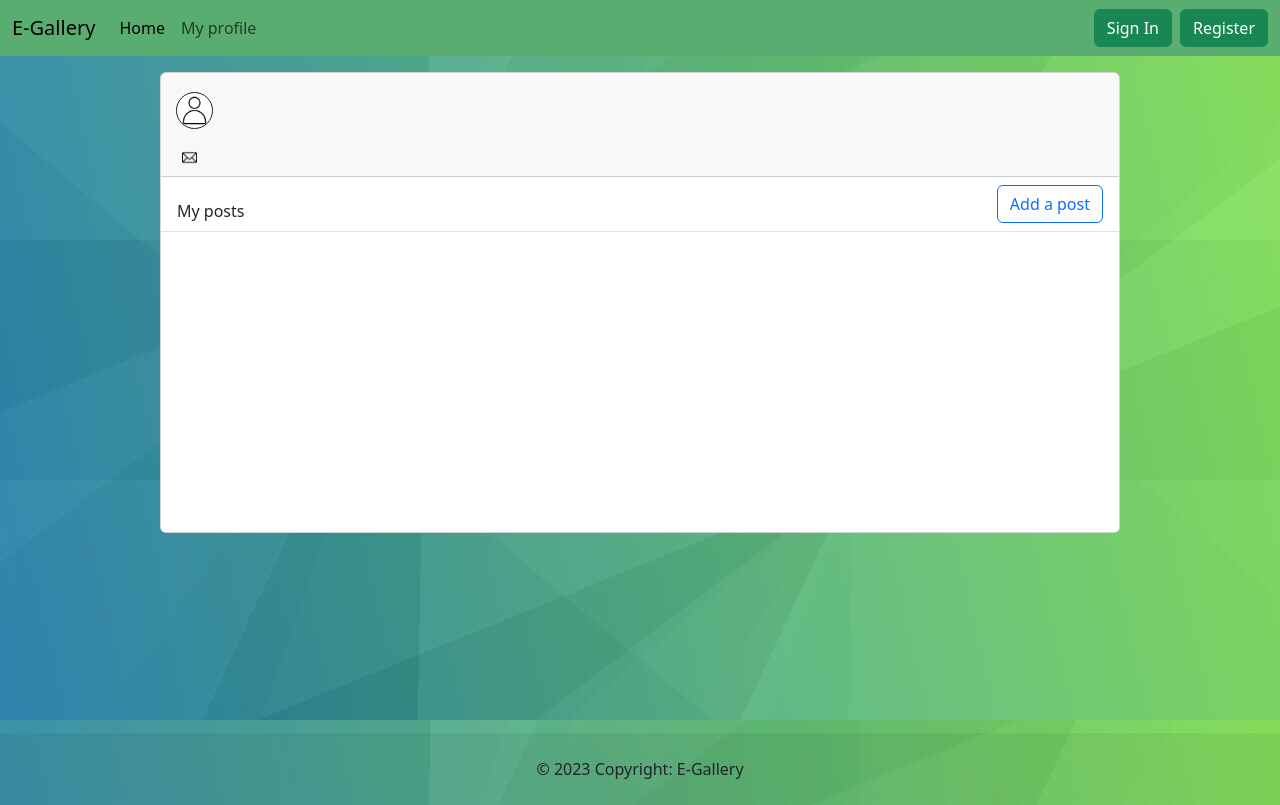
Repository: NicolasMartiel/ProjetJEE
Page: http://localhost/myprofile
These files come from the project's save history. The page is drawn as it stood at one moment and after the next save; the edit follows.
The browser window is 1280 px wide. The pictures show the whole page.
Backgrounds fixed to the window are drawn as part of the page. The page is this project's Thymeleaf template; nobody is signed in. The template is opened directly, without the code that normally fills it, so the values that code supplies are empty.

Above is the page before, as saved 2023-11-05 23:48:53.

### webapp/src/main/resources/templates/myprofile.html
<!DOCTYPE html>
<html lang="en" xmlns:th="http://www.thymeleaf.org">

<head>

	<title>E-Gallery</title>

	<meta name="description" content="Gallery of posts by different users">
	<meta name="author" content="Nicolas Martiel">
	<meta charset="UTF-8">

	<link rel="shortcut icon" href="#">
	<link href="https://cdn.jsdelivr.net/npm/bootstrap@5.3.2/dist/css/bootstrap.min.css" rel="stylesheet"
		integrity="sha384-T3c6CoIi6uLrA9TneNEoa7RxnatzjcDSCmG1MXxSR1GAsXEV/Dwwykc2MPK8M2HN" crossorigin="anonymous">
	<link rel="stylesheet" th:href="@{/css/index.css}">

	<script th:src="@{/js/index.js}"></script>

</head>

<body>
	<nav class="navbar navbar-expand-lg sticky-top" id="bg-color">

		<div class="container-fluid">

			<a class="navbar-brand" th:href="@{/}">E-Gallery</a>

			<button class="navbar-toggler" type="button" data-bs-toggle="collapse"
				data-bs-target="#navbarSupportedContent" aria-controls="navbarSupportedContent" aria-expanded="false"
				aria-label="Toggle navigation">
				<span class="navbar-toggler-icon"></span>

			</button>

			<div class="collapse navbar-collapse" id="navbarSupportedContent">

				<ul class="navbar-nav me-auto mb-2 mb-lg-0">

					<li class="nav-item">
						<a class="nav-link active" aria-current="page" th:href="@{/}">Home</a>
					</li>

					<li class="nav-item">
						<a class="nav-link" href="#">My profile</a>
					</li>

					<!--<li class="nav-item dropdown">

						<a class="nav-link dropdown-toggle" href="#" role="button" data-bs-toggle="dropdown"
							aria-expanded="false">
							Dropdown
						</a>

						<ul class="dropdown-menu">

							<li><a class="dropdown-item" href="#">Action</a></li>

							<li><a class="dropdown-item" href="#">Another action</a></li>

							<li>
								<hr class="dropdown-divider">
							</li>

							<li><a class="dropdown-item" href="#">Something else here</a></li>

						</ul>

					</li>-->


				</ul>



				<form class="d-flex">
					<button class="btn btn-success me-2" type="submit" onclick="alertWIP()">Sign In</button>
					<button class="btn btn-success " type="submit" onclick="alertWIP()">Register</button>
				</form>

			</div>
		</div>
	</nav>



	<div class=" d-flex justify-content-center mt-3">

		<!------------------------------------------------------ User Profile ------------------------------------------------------------------------>

		<div class="card w-75">
			<div class="card-header">

				<img class="rounded-circle bordered" th:src="@{/images/defaultuser.png}"
					alt="Default user profile picture" width="35px" />
				<span class="textsize" th:text="${user1.firstname}" />
				<span class="textsize" th:text="${user1.lastname}" />

				<div class="mt-3 d-block" style="color:grey;">
					<img class=" _margin" th:src="@{/images/iconmail.png}" alt="mail icon" width="15px" />
					<span class="_margin mailsize " th:text="${user1.email}" />
				</div>


			</div>

			<!------------------------------------------------------ User Posts ------------------------------------------------------------------------>

			<ul class="list-group list-group-flush">
				<li class="list-group-item d-flex">
					<span class="mt-auto">My posts</span>
					<button type="button" class="btn btn-outline-primary _position">Add a post</button>
				</li>
				<li class="list-group-item _minheight">

					<ul class="list-group list-group-flush">
						<li class="list-group-item d-flex flex-wrap">

							<ul class="d-flex remove_style flex-wrap p-0 justify-content-center">

								<li class="w-25 m-3" th:each="post,fdate : ${userposts}">

									<div class="card">

										<img class="card-img-top" th:src="${post.imgUrl}" alt="No images set" />

										<div class="card-body">

											<h5 class="card-title sizet _overflow" th:text="${post.title}"></h5>

											<p class="card-text sized _overflow" th:text="${post.description}"></p>

										</div>

									</div>
									<span class="setup">Created : <span th:text="${fdates[fdate.index]}" /></span>

								</li>

							</ul>

						</li>
					</ul>
		</div>
	</div>

	<div class="height"></div>
	<footer>

		<div class="text-center p-4 _color">

			© 2023 Copyright: E-Gallery

		</div>

	</footer>

	<!--<script src="https://cdn.jsdelivr.net/npm/@popperjs/core@2.11.8/dist/umd/popper.min.js"
		integrity="sha384-I7E8VVD/ismYTF4hNIPjVp/Zjvgyol6VFvRkX/vR+Vc4jQkC+hVqc2pM8ODewa9r"
		crossorigin="anonymous"></script>-->
	<script src="https://cdn.jsdelivr.net/npm/bootstrap@5.3.2/dist/js/bootstrap.bundle.min.js"
		integrity="sha384-C6RzsynM9kWDrMNeT87bh95OGNyZPhcTNXj1NW7RuBCsyN/o0jlpcV8Qyq46cDfL"
		crossorigin="anonymous"></script>
</body>

</html>

### webapp/src/main/resources/static/css/index.css
body {

	margin:0;
	background-image: linear-gradient(323deg, rgba(234, 234, 234, 0.04) 0%, rgba(234, 234, 234, 0.04) 33.3%, rgba(69, 69, 69, 0.04) 33.3%, rgba(69, 69, 69, 0.04) 66.6%, rgba(189, 189, 189, 0.04) 66.6%, rgba(189, 189, 189, 0.04) 99.89999999999999%), linear-gradient(158deg, rgba(126, 126, 126, 0.05) 0%, rgba(126, 126, 126, 0.05) 33.3%, rgba(237, 237, 237, 0.05) 33.3%, rgba(237, 237, 237, 0.05) 66.6%, rgba(74, 74, 74, 0.05) 66.6%, rgba(74, 74, 74, 0.05) 99.89999999999999%), linear-gradient(91deg, rgba(3, 3, 3, 0.08) 0%, rgba(3, 3, 3, 0.08) 33.3%, rgba(156, 156, 156, 0.08) 33.3%, rgba(156, 156, 156, 0.08) 66.6%, rgba(199, 199, 199, 0.08) 66.6%, rgba(199, 199, 199, 0.08) 99.89999999999999%), linear-gradient(400deg, rgba(82, 82, 82, 0.06) 0%, rgba(82, 82, 82, 0.06) 33.3%, rgba(179, 179, 179, 0.06) 33.3%, rgba(179, 179, 179, 0.06) 66.6%, rgba(212, 212, 212, 0.06) 66.6%, rgba(212, 212, 212, 0.06) 99.89999999999999%), linear-gradient(109deg, rgba(70, 70, 70, 0.02) 0%, rgba(70, 70, 70, 0.02) 33.3%, rgba(166, 166, 166, 0.02) 33.3%, rgba(166, 166, 166, 0.02) 66.6%, rgba(53, 53, 53, 0.02) 66.6%, rgba(53, 53, 53, 0.02) 99.89999999999999%), linear-gradient(115deg, rgba(129, 129, 129, 0.09) 0%, rgba(129, 129, 129, 0.09) 33.3%, rgba(38, 38, 38, 0.09) 33.3%, rgba(38, 38, 38, 0.09) 66.6%, rgba(153, 153, 153, 0.09) 66.6%, rgba(153, 153, 153, 0.09) 99.89999999999999%), linear-gradient(140deg, rgba(51, 51, 51, 0.02) 0%, rgba(51, 51, 51, 0.02) 33.3%, rgba(12, 12, 12, 0.02) 33.3%, rgba(12, 12, 12, 0.02) 66.6%, rgba(158, 158, 158, 0.02) 66.6%, rgba(158, 158, 158, 0.02) 99.89999999999999%), linear-gradient(304deg, rgba(63, 63, 63, 0.03) 0%, rgba(63, 63, 63, 0.03) 33.3%, rgba(9, 9, 9, 0.03) 33.3%, rgba(9, 9, 9, 0.03) 66.6%, rgba(85, 85, 85, 0.03) 66.6%, rgba(85, 85, 85, 0.03) 99.89999999999999%), linear-gradient(180deg, rgba(247, 247, 247, 0.07) 0%, rgba(247, 247, 247, 0.07) 33.3%, rgba(93, 93, 93, 0.07) 33.3%, rgba(93, 93, 93, 0.07) 66.6%, rgba(208, 208, 208, 0.07) 66.6%, rgba(208, 208, 208, 0.07) 99%), linear-gradient(77deg, #0b91d7, #6efc29);
	background-repeat:no-repeat;
	background-attachment: fixed;

}


#bg-color {

	background-color: #5aad71;
}


.outline {

	outline: 1px solid red;
	height: fit-content;

}


.bordered {

	margin-right:1px;
	outline: .5px solid ;

}

.customheight {

	height: fit-content;

}

.position_size {

	text-align: right;
	font-size:small;

}

.sizet {

	font-size: 15px;;

}

.sized{

	font-size: 10px;

}

.remove_style {

	list-style-type: none;

}

.height {

	height : 200px;

}

._color {

	background-color: rgba(0, 0, 0, 0.05);

}


.setup {

	color:rgb(136, 138, 133);
	font-size: 10px;
	font-style: italic;
}


.edges {

	border-radius: 5px;

}

._overflow {

	max-height: 30px;;
	overflow-y: scroll;

}

._position {

	margin-left:auto;

}

._margin {

	margin-left:5px;

}


.mailsize {

	font-size: 10px;

}

._minheight {

	min-height: 300px;
	height:fit-content;
}

.textsize {

	font-size: 30px;
}

### webapp/src/main/resources/static/js/index.js
console.log("js ok")

function alertWIP() {
	alert("Work in progress")
}

After the next save:
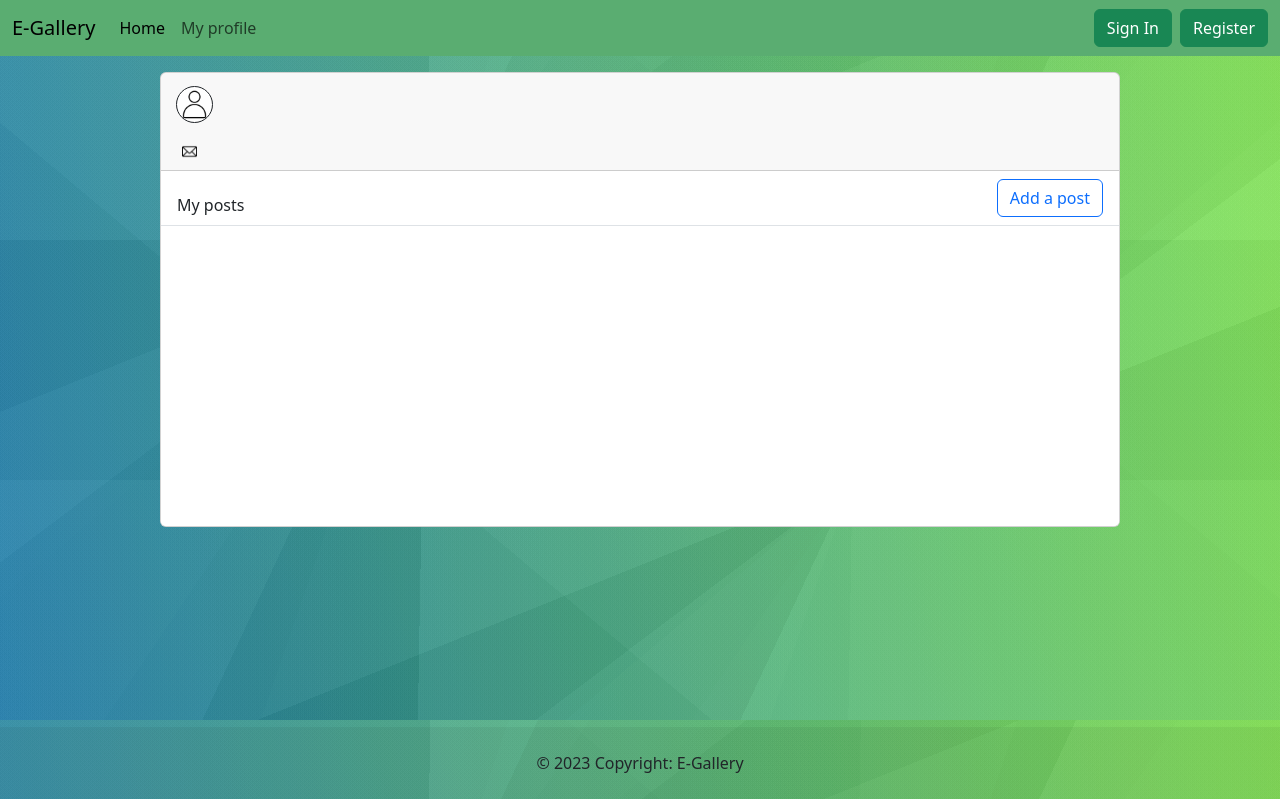
Saved 13 s later.
--- a/webapp/src/main/resources/static/css/index.css
+++ b/webapp/src/main/resources/static/css/index.css
@@ -121,5 +121,5 @@ body {
 
 .textsize {
 
-	font-size: 30px;
+	font-size: 25px;
 }
